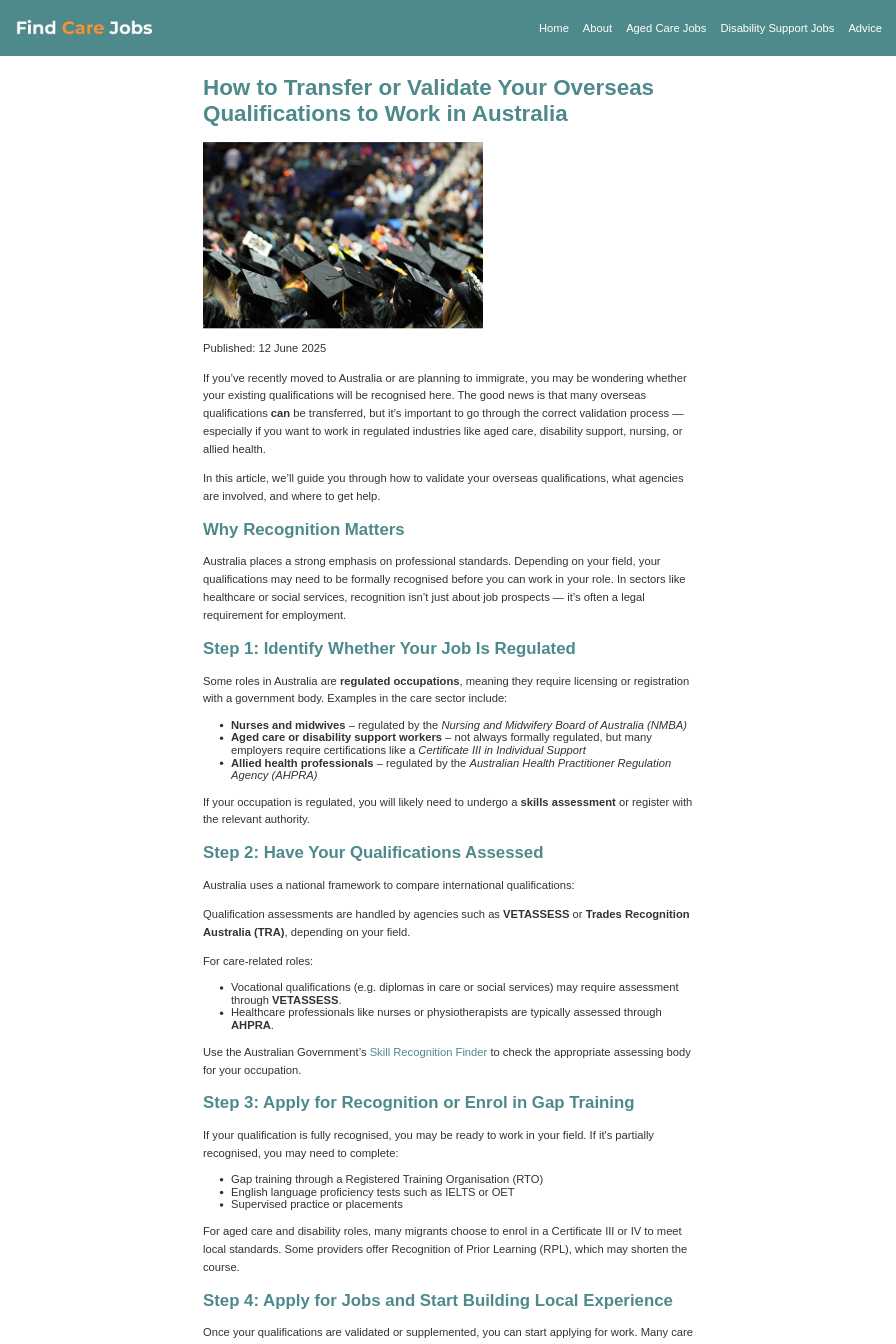
Repository: RichardCareJobs/find-care-jobs
Page: posts/validate-overseas-qualifications-australia.html
The author's editor kept a copy of each file at every save. The page is drawn from the files as they stood at one save, then again after the next save.
The browser window is 1280 px wide. The pictures show the part of the page from y = 0 to 1920 px (the page is 2558 px tall before and 2762 px after), at 70% of full size.

Above is the page before, as saved 2025-06-12 16:50:35.

After the next save:
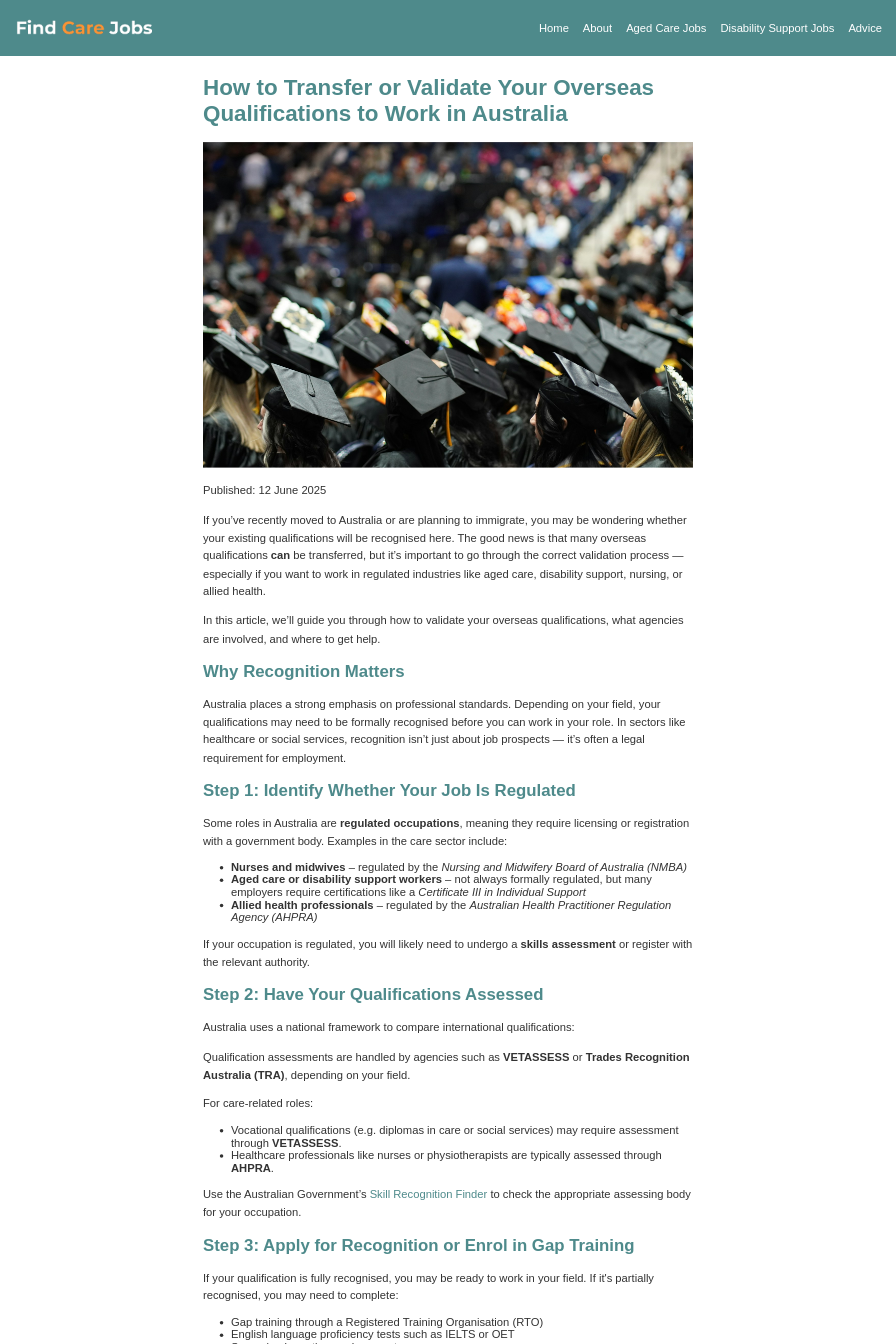
Saved 1 s later.
--- a/posts/validate-overseas-qualifications-australia.html
+++ b/posts/validate-overseas-qualifications-australia.html
@@ -68,11 +68,12 @@
         <div class="blog-container">
         <h1>How to Transfer or Validate Your Overseas Qualifications to Work in Australia</h1>
 
-        <div class="image-column">
-          <div class="image-placeholder">
-            <img src="/images/blog/validate-qualifications-australia.jpg" alt="Immigrant healthcare workers in Australia">
-          </div>
-        </div>
+        <img
+  src="/images/blog/validate-qualifications-australia.jpg"
+  alt="Immigrant healthcare workers in Australia"
+  style="width: 100%; max-width: 100%; height: auto; margin: 20px 0;"
+>
+
 
         <p class="published-date">Published: 12 June 2025</p>
 
